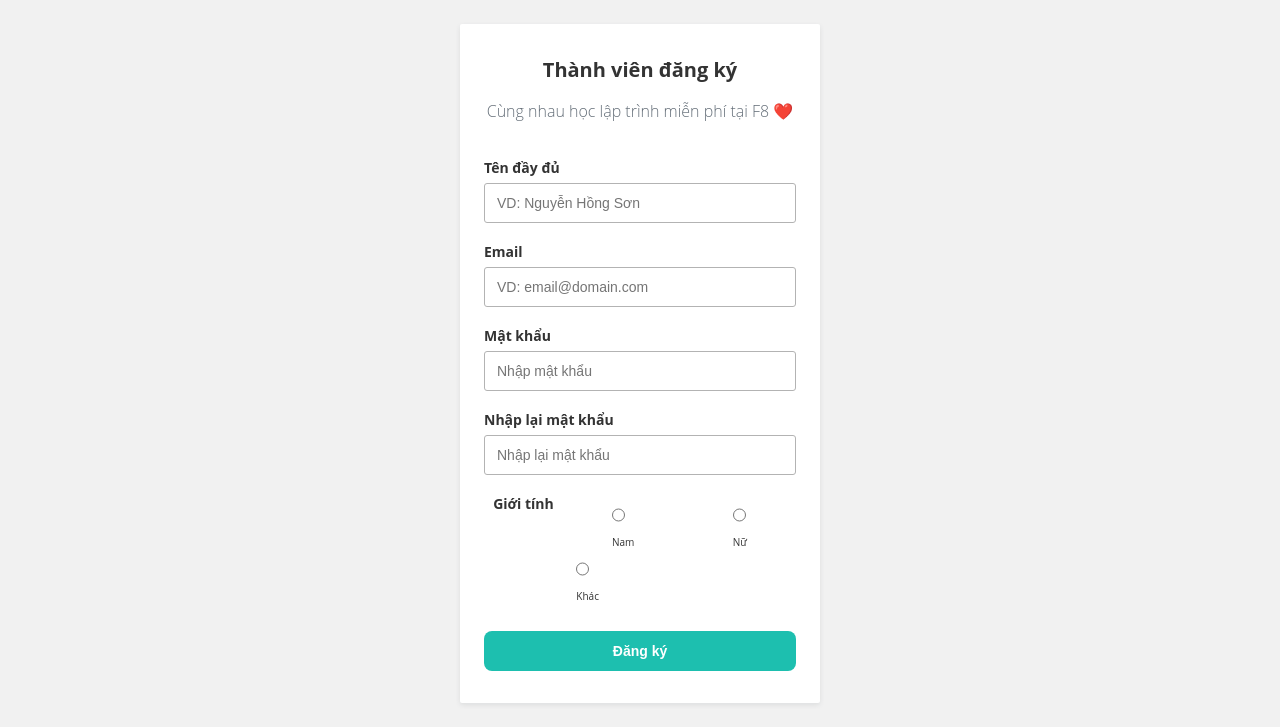
Repository: ahihison/Validation
Page: index.html
The author's editor kept a copy of each file at every save. The page is drawn from the files as they stood at one save, then again after a run of saves.
The browser window is 1280 px wide. The pictures show the whole page.

Above is the page before, as saved 2022-08-31 09:36:54.

### index.html
<!DOCTYPE html>
<html lang="en">
<head>
    <meta charset="UTF-8">
    <meta http-equiv="X-UA-Compatible" content="IE=edge">
    <meta name="viewport" content="width=device-width, initial-scale=1.0">
    <link rel="stylesheet" href="./style.css">
    <title>Document</title>
</head>
<body>
    <div class="container">
        <form action="" method="POST" class="form" id="form-1" >
            <h3 class="heading">Thành viên đăng ký</h3>
            <p class="desc">Cùng nhau học lập trình miễn phí tại F8 ❤️</p>
            <div class="spacer"></div>

            <div class="form-group">
                <label for="fullname" class="form-label" >Tên đầy đủ</label>
                <input type="text" name="fullname" id="fullname" placeholder="VD: Nguyễn Hồng Sơn" class="form-control">
                <span class="form-message"></span>
            </div>
            <div class="form-group">
                <label for="email" class="form-label" >Email</label>
                <input type="text" name="email" id="email" placeholder="VD: email@domain.com" class="form-control">
                <span class="form-message"></span>
            </div>
            <div class="form-group">
                <label for="password" class="form-label" >Mật khẩu</label>
                <input type="password" name="password" id="password" placeholder="Nhập mật khẩu" class="form-control">
                <span class="form-message"></span>
            </div>
            <div class="form-group">
                <label for="password_confirmation" class="form-label" >Nhập lại mật khẩu</label>
                <input type="password" name="password_confirmation" id="password_confirmation" placeholder="Nhập lại mật khẩu" class="form-control">
                <span class="form-message"></span>
            </div>
            <div class="form-group genderformat">
                <label for="gender-check" class="form-label" >Giới tính</label>

                <div>
                    <input type="radio" name="gender" value="male" id="gender" class="form-control">
                    <span id="gender">Nam</span>
                </div>
                <div>
                    <input type="radio" name="gender" value="female" id="gender" class="form-control">
                    <span id="gender">Nữ</span>
                </div>
                <div>
                    <input type="radio" name="gender" value="orther" class="form-control" id="gender">
                    <span id="gender">Khác</span>

                </div>
                <span class="form-message"></span>
            </div>


            <button class="form-submit">Đăng ký</button>
        </form>

    </div>
    <script src="./validation.js"> </script>
    <script>
        Validator({
            form:'#form-1',
            formGroupSelector:'.form-group',
            errorSelector: '.form-message',
            rules: [
            Validator.isRequired('#fullname','Vui lòng nhập họ và tên đầy đủ của bạn'),
            Validator.isEmail('#email'),
            Validator.minLength('#password',6),
            Validator.isRequired('#password_confirmation'),
            Validator.isConfirmed('#password_confirmation',function() { return document.querySelector('#form-1 #password').value;

            },'Mật khẩu nhập lại không chính xác'),
            ],
            onSubmit: function(data){
                //Call API
                console.log(data);
            }
        });
    </script>




</body>
</html>

### style.css
*{
    margin: 0;
    padding: 0;
    box-sizing: border-box;

}
html{
    color: #333;
    font-size: 62.5%;
    font-family: "Open Sans", sans-serif;
}

.container{
min-height: 100vh;
display: flex;
justify-content: center;
background: #f1f1f1;

}
.form{
    width: 360px;
    padding: 32px 24px;
    min-height: 100px;
    text-align: center;
    background: #fff;
    border-radius: 2px;
    margin: 24px;
    align-self: center;
    box-shadow: 0 2px 5px 0 rgba(51, 62, 73, 0.1);


}


.form .heading{
    font-size: 2rem;

}
.form .desc {
    text-align: center;
    color: #636d77;
    font-size: 1.6rem;
    line-height: 2.4rem;
    margin-top: 16px;
    font-weight: 300;
  }

.form-group{
     display: flex;
  margin-bottom: 16px;
  flex-direction: column;

}
.form-group #gender {
  display:flex;
 margin: 0 40px;

  }
  .form-group.genderformat{
    display: flex;
    flex-direction: row;
    flex-wrap: wrap;
    align-content: space-between;
    justify-content: space-around;
  }
.form-control{
    height: 40px;
    padding: 8px 12px;
    border: 1px solid #b3b3b3;
    border-radius: 3px;
    outline: none;
    font-size: 1.4rem;
}
.form-control:hover {
    border-color: #1dbfaf;
  }
.form-label,
.form-message{
    text-align: left;

}
.form-label {
    font-weight: 700;
    padding-bottom: 6px;
    line-height: 1.8rem;
    font-size: 1.4rem;
  }

  .form-group.invalid .form-control {
    border-color: #f33a58;
  }
  .form-group.invalid .form-message {
    color: #f33a58;
  }

  .form-message {
    font-size: 1.2rem;
    line-height: 1.6rem;
    padding: 4px 0 0;
  }
  .form-submit {
    outline: none;
    background-color: #1dbfaf;
    margin-top: 12px;
    padding: 12px 16px;
    font-weight: 600;
    color: #fff;
    border: none;
    width: 100%;
    font-size: 14px;
    border-radius: 8px;
    cursor: pointer;
  }
  .form-submit:hover {
    background-color: #1ac7b6;
  }
  .spacer {
    margin-top: 36px;
  }

### validation.js
function Validator(options) {

    function geParent(elements,selector){
        while(elements.parentElement){
            if(elements.parentElement.matches(selector)){
                return elements.parentElement;
            }
              elements = elements.parentElement;
        }
    }

    var selectorRule = {};
    //hàm thực hiện validate
    function validate(inputElement, rule) {

        var errorElement = geParent(inputElement,options.formGroupSelector).querySelector(options.errorSelector);
        var errorMessage;

        //lấy ra các rule của các selector
        var rules = selectorRule[rule.selector];
        //lập qua từng rules và kiểm tra
        //Nếu có lỗi thì dừng việc kiểm tra
        for (var i = 0; i < rules.length; i++) {
            errorMessage = rules[i](inputElement.value);
            if (errorMessage) break;

        }

        if (errorMessage) {
            errorElement.innerText = errorMessage;
            geParent(inputElement,options.formGroupSelector).classList.add('invalid');
        } else {
            errorElement.innerText = '';
            geParent(inputElement,options.formGroupSelector).classList.remove('invalid');
        }
        return !!errorMessage;
    }
    // lấy được form elements
    var formElement = document.querySelector(options.form);

    if (formElement) {
        //Lắng nghe sự kiện onsubmit

        formElement.onsubmit = function (e) {

            e.preventDefault();

            var isFormValid = true;

            // Lặp qua từng rules và validate
            options.rules.forEach(function (rule) {
                var inputElement = formElement.querySelector(rule.selector);
                var isInValid = validate(inputElement, rule);
                if (isInValid) {
                    isFormValid = false;
                }
            });


            if (isFormValid) {
                //Trường hợp submit với js
                if (typeof options.onSubmit === 'function') {
                    var enableInputs = formElement.querySelectorAll('[name]');
                    var formValues = Array.from(enableInputs).reduce(function (values, input) {
                        values[input.name] = input.value;
                        return values;
                    }, {});
                    options.onSubmit(formValues)
                }
                //submit với hành vi mặc định
                else{
                    formElement.submit();
                }
            }

        }





        //Lặp qua mỗi rule xử lí sự kiện (blur click....)
        options.rules.forEach(function (rule) {
            //Lưu lại các  rules cho mỗi input
            if (Array.isArray(selectorRule[rule.selector])) {
                selectorRule[rule.selector].push(rule.test);
            }
            else {
                selectorRule[rule.selector] = [rule.test];
            }


            var inputElement = formElement.querySelector(rule.selector);

            if (inputElement) {
                //Xử lí trường hợp blur ra khỏi input
                inputElement.onblur = function () {

                    validate(inputElement, rule);

                }
                // Xử lí mỗi khi người dùng nhập vào input
                inputElement.oninput = function () {
                    var errorElement = geParent(inputElement,options.formGroupSelector).querySelector(options.errorSelector);
                    errorElement.innerText = '';
                    geParent(inputElement,options.formGroupSelector).classList.remove('invalid');
                }
            }

        }

        );



    }


}

//định nghĩa rules
//Nguyên tắc rules
//1. khi có lỗi : => trả về message
//2. Khi hợp lệ: => ko trả về gì hết (undefined)
Validator.isRequired = function (selector, message) {
    return {
        selector: selector,
        test: function (value) {
            return value.trim() ? undefined : message || "Vui lòng nhập trường này"

        }
    }
}

Validator.isEmail = function (selector, message) {

    return {
        selector: selector,
        test: function (value) {
            var regex = /^[A-Z0-9._%+-]+@[A-Z0-9.-]+\.[A-Z]{2,4}$/i;

            return regex.test(value) ? undefined : message || 'Trường này phải là email'
        }
    }

}
Validator.minLength = function (selector, min, message) {

    return {
        selector: selector,
        test: function (value) {
            return value.length >= min ? undefined : message || `Vui lòng nhập tối thiếu ${min} ký tự`
        }
    }

}

Validator.isConfirmed = function (selector, getconfirmValue, message) {
    return {
        selector: selector,
        test: function (value) {
            return value === getconfirmValue() ? undefined : message || "Giá trị nhập vào không chính xác"
        }

    }

}

After the next 5 saves:
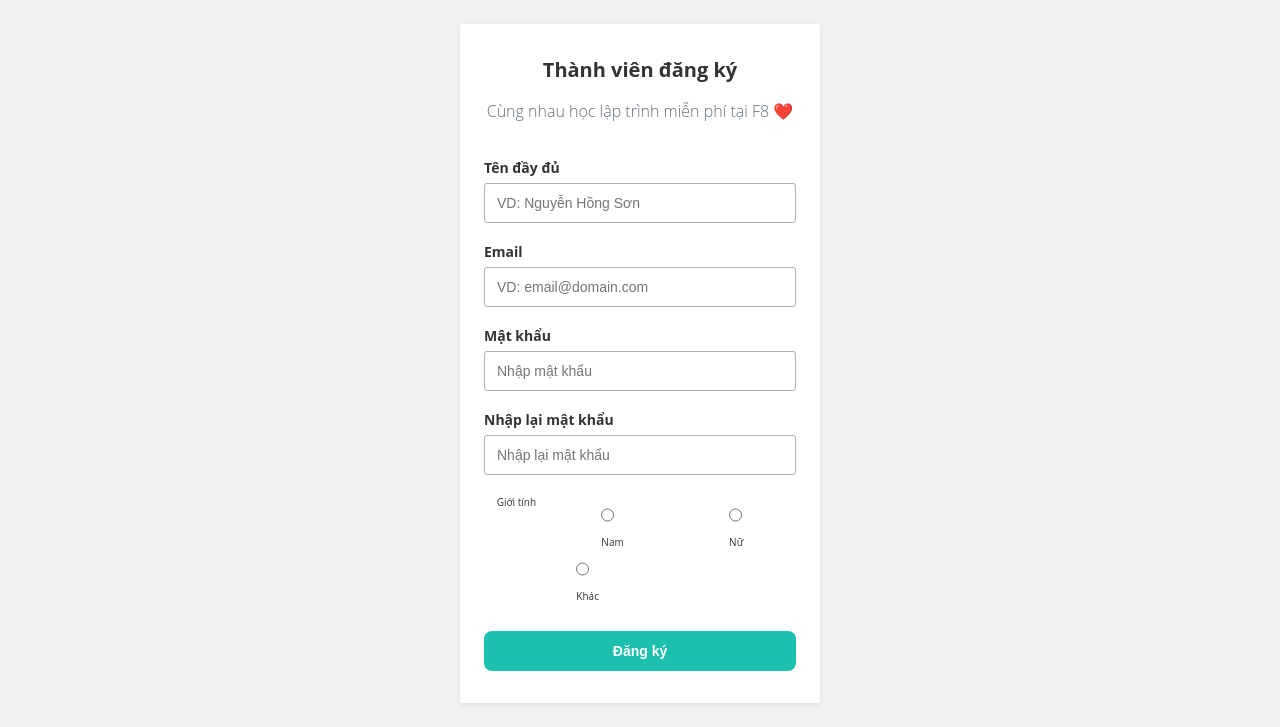
The 5 saves are shown as one change because they came seconds apart.
The last was saved 16 s later.
--- a/index.html
+++ b/index.html
@@ -35,7 +35,7 @@
                 <span class="form-message"></span>
             </div>
             <div class="form-group genderformat">
-                <label for="gender-check" class="form-label" >Giới tính</label>
+               <span>Giới tính</span>
 
                 <div>
                     <input type="radio" name="gender" value="male" id="gender" class="form-control">
